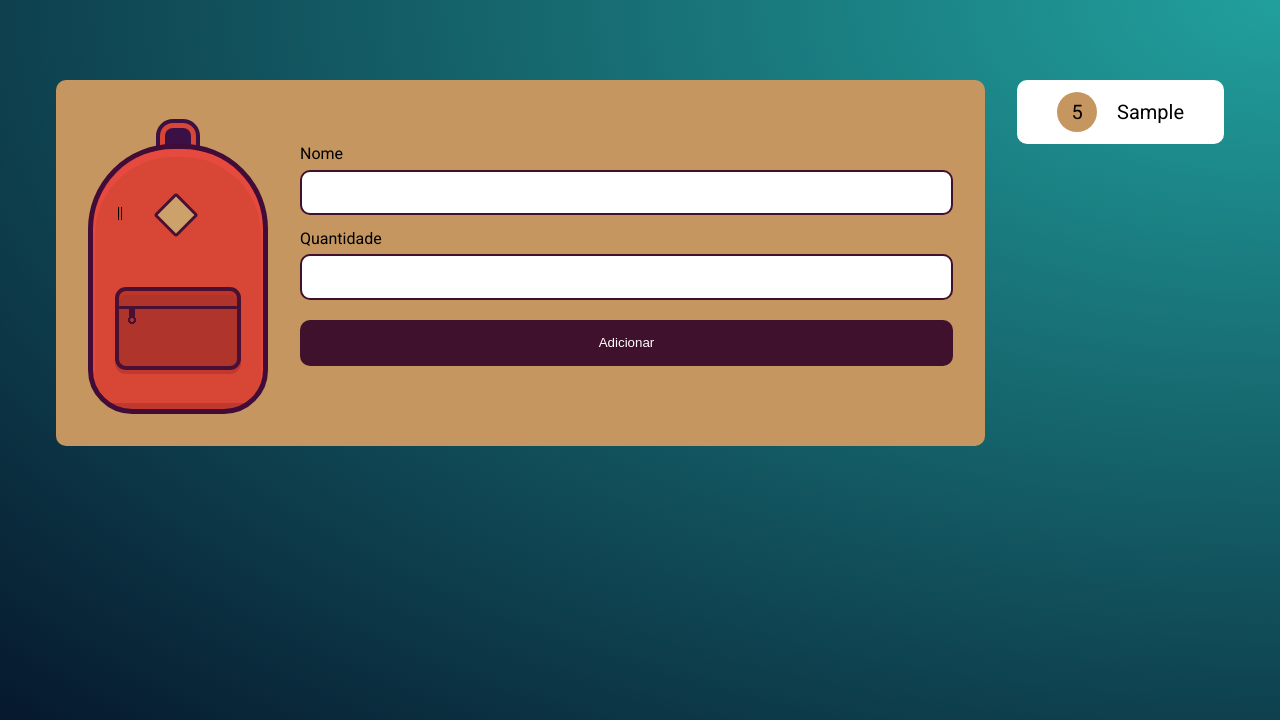
Repository: devMuriloOliveira/Mochila-de-viagem
Page: index.html
An editor plug-in stored every save of this project. The page is shown before and after the next save, followed by the edit.
The browser window is 1280 px wide. The pictures show the whole page.
Empty fields were first filled with sample values (such as "Sample", 5 or name@example.com).
After loading, the first visible `#novoItem` was submitted once.

Above is the page before, as saved 2022-11-22 20:10:01.

### index.html
<!DOCTYPE html>
<html lang="en">
<head>
    <meta charset="UTF-8">
    <meta http-equiv="X-UA-Compatible" content="IE=edge">
    <meta name="viewport" content="width=device-width, initial-scale=1.0">
    <title>Mochila de viagem</title>
    <link rel="stylesheet" href="css/style.css">

    <link rel="preconnect" href="https://fonts.googleapis.com">
    <link rel="preconnect" href="https://fonts.gstatic.com" crossorigin>
    <link href="https://fonts.googleapis.com/css2?family=Roboto&display=swap" rel="stylesheet">
</head>
<body>
    <main class="conteudo">
        <div class="principal">
            <div class="mochila"></div>
            <form action="" class="adicionar" id="novoItem">
                <label for="nome">Nome</label>
                <input type="text" name="nome" id="nome">
                <label for="quantidade">Quantidade</label>
                <input type="number" name="quantidade" id="quantidade">
                <input type="submit" value="Adicionar" class="cadastrar" id="cadastrar">
            </form>
        </div>

        <ul class="lista" id="lista"></ul>
    </main>

    <script src="js/main.js"></script>
</body>
</html>

### css/style.css
html {
    background: radial-gradient(farthest-corner at right top,#21A09D, #06182D);
    height: 100%;
    font-family: 'Roboto', cursive;
}

.conteudo {
    padding: 10vh 3em 0;
    display: flex;
    align-items: flex-start;
    gap: 2em;
}

.principal {
    flex-grow: 1;
    flex-basis: auto;
    min-width: 600px;
    padding: 4em 2em 2em;
    box-sizing: border-box;
    display: flex;
    background: #C5965F;
    border-radius: 10px;
    gap: 2em;
}

.mochila {
    min-width: 170px;
    max-width: 170px;
    height: 180px;
    padding-top: 80px;
    background-color: #d84736;
    box-shadow: inset 0 6px 0 2px #e64a3e, 0 -93px 0 -77px #3b1045, 0 -93px 0 -72px #d84736, 0 -93px 0 -68px #3b1045;
    background-image: linear-gradient(to right, transparent 5px, transparent 20px, transparent 1px, transparent 25px, transparent 5px, transparent 20px, transparent 20px, transparent 86px, #c1382e 45px, #c1382e 230px, transparent 25px, transparent 172px );
    background-position: center 254px;
    background-size: 305px 6px;
    background-repeat: repeat-x;
    border: 5px solid #410c38;
    border-radius: 85px 85px 44px 44px;
    display: inline-block;
    vertical-align: top;
    flex-basis: auto;
    flex-grow: 1;
}

.mochila:before, .mochila:after {
    display: block;
    content: '';
    position: absolute;
  }

.mochila:before {
    height: 75px;
    width: 118px;
    background-image: radial-gradient(circle closest-corner at 13px 29px , #af342c, #af342c 2px, transparent 2px, transparent), radial-gradient(circle closest-corner at 13px 29px , #491033, #491033 4px, transparent 4px, transparent), linear-gradient(to bottom, transparent 10px, transparent 15px, #491033 5px, #491033 18px, transparent 18px, transparent 100px), linear-gradient(to right, #af342c 10px, #af342c 10px, transparent 10px, transparent 16px, #af342c 9px, #af342c 50px), linear-gradient(to bottom, #af342c 8px, #af342c 16px, #491033 8px, #491033 30px, #af342c 20px, #af342c 72px, #af342c 10px, #af342c 57px, #af342c 5%);
    margin-left: 22px;
    margin-top: 58px;
    border: 4px solid #491033;
    border-radius: 11px;
    box-shadow: 0 4px 0 0 #c1382e, inset 0px 4px 1px 0 #c03527;
    content: '||';
    color: transparent;
    font-family: Comic Sans MS;
    font-weight: bold;
    z-index: 1;
    text-shadow: rgb(0, 0, 0) -2px -86px 0px;
    font-size: 14px;
}

.mochila:after {
    margin-left: 67px;
    margin-top: -30px;
    background: #cca16a;
    width:26px;
    height:26px;
    border: 3px solid #491033;
    border-radius: 3px;
    transform: rotate(45deg);
}

.adicionar {
    width: 100%;
}

.adicionar input {
    width: 100%;
    box-sizing: border-box;
    margin: 0.5em 0 1em;
    padding: 1em 0.5em;
    border-radius: 10px;
    border: 2px solid #40112D;
}

.adicionar label {
    display: block;
}

.cadastrar {
    background-color: #40112D;
    color: #FFFFFF;
    cursor: pointer;
}

.lista {
    margin: 0;
    padding: 0;
}

.item {
    list-style: none;
    padding: 0.6em 2em;
    background: #FFFFFF;
    border-radius: 10px;
    margin: 0 0 1em;
    width: 100%;
    box-sizing: border-box;
    display: inline-flex;
    align-items: center;
    gap: 1em;
    font-size: 20px;
}

.item strong {
    border-radius: 50%;
    display: flex;
    align-items: center;
    justify-content: center;
    width: 40px;
    height: 40px;
    Background: #C5965F;
    font-weight: 400;
}

### js/main.js
const form = document.getElementById('novoItem')
const lista = document.getElementById('lista')
const itens = JSON.parse(localStorage.getItem('itens')) || []

itens.forEach(elemento => {
  console.log(elemento.nome, elemento.quantidade)
})

form.addEventListener('submit', evento => {
  evento.preventDefault()

  const nome = evento.target.elements['nome']
  const quantidade = evento.target.elements['quantidade']

  const itemAtual = {
    nome: nome.value,
    quantidade: quantidade.value
  }

  criaElemento(nome.value, quantidade.value)

  itens.push(itemAtual)

  localStorage.setItem('itens', JSON.stringify(itens))
  nome.value = ''
  quantidade.value = ''
})

function criaElemento(nome, quantidade) {
  const novoItem = document.createElement('li')
  novoItem.classList.add('item')

  const numeroItem = document.createElement('strong')
  numeroItem.innerHTML = quantidade

  novoItem.appendChild(numeroItem)
  novoItem.innerHTML += nome

  lista.appendChild(novoItem)
}

After the next save:
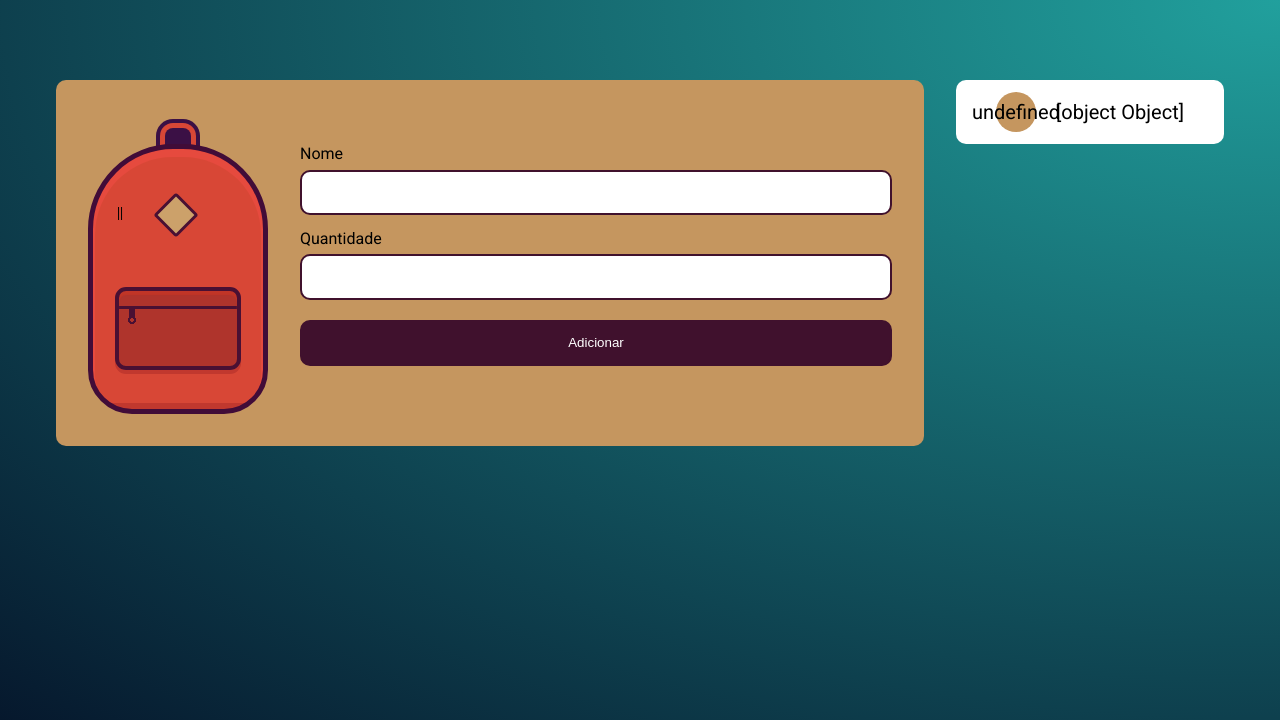
Saved 48 s later.
--- a/js/main.js
+++ b/js/main.js
@@ -17,7 +17,7 @@ form.addEventListener('submit', evento => {
     quantidade: quantidade.value
   }
 
-  criaElemento(nome.value, quantidade.value)
+  criaElemento(itemAtual)
 
   itens.push(itemAtual)
 

After the save that followed:
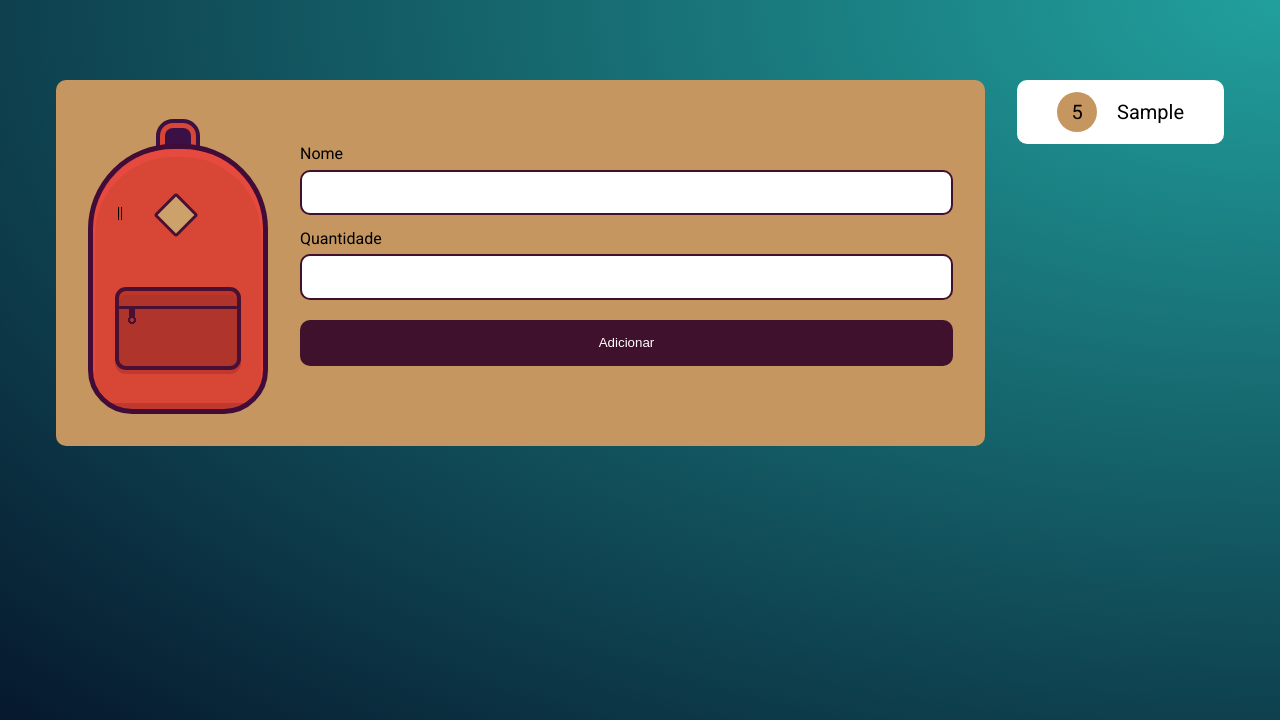
Saved 51 s later.
--- a/js/main.js
+++ b/js/main.js
@@ -26,15 +26,15 @@ form.addEventListener('submit', evento => {
   quantidade.value = ''
 })
 
-function criaElemento(nome, quantidade) {
+function criaElemento(item) {
   const novoItem = document.createElement('li')
   novoItem.classList.add('item')
 
   const numeroItem = document.createElement('strong')
-  numeroItem.innerHTML = quantidade
+  numeroItem.innerHTML = item.quantidade
 
   novoItem.appendChild(numeroItem)
-  novoItem.innerHTML += nome
+  novoItem.innerHTML += item.nome
 
   lista.appendChild(novoItem)
 }
